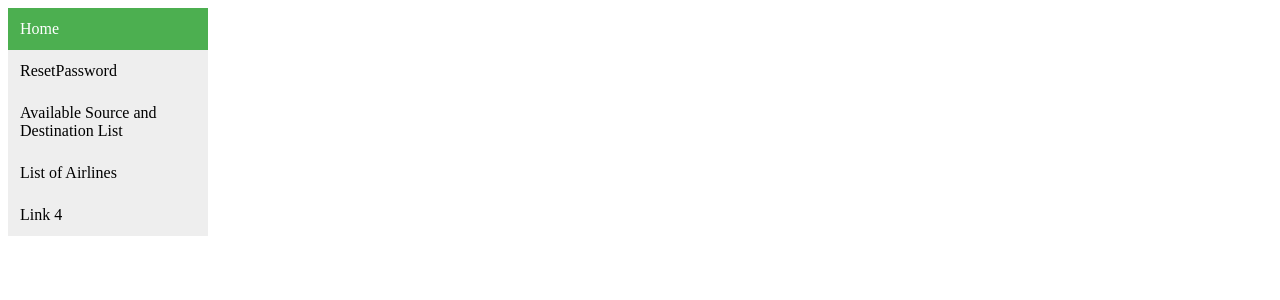
Repository: Shivani2392/FlyAwayProject
Page: http://localhost/FlightBookingPortal/WelcomeAdmin.jsp
The author's editor kept a copy of each file at every save. The page is drawn from the files as they stood at one save, then again after the next save.
The browser window is 1280 px wide. The pictures show the whole page.
The page is served by Tomcat 9.

Above is the page before, as saved 2020-11-22 07:15:58.

After the next save:
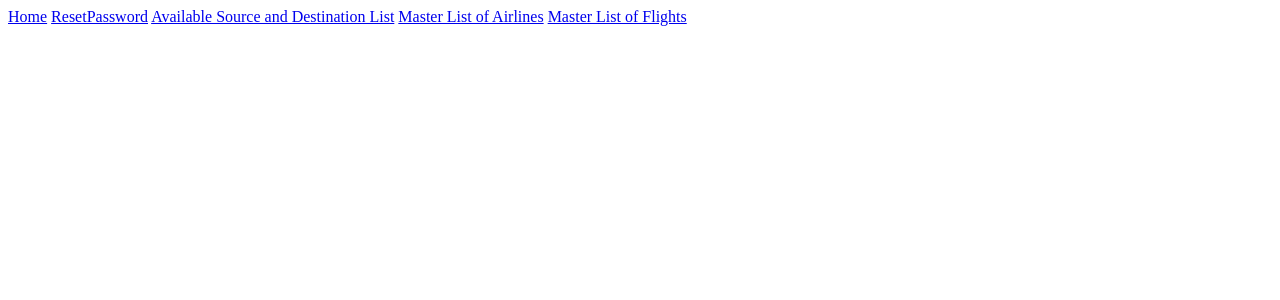
Saved 5 min 29 s later.
--- a/FlightBookingPortal/src/main/webapp/WelcomeAdmin.jsp
+++ b/FlightBookingPortal/src/main/webapp/WelcomeAdmin.jsp
@@ -9,7 +9,7 @@
   width: 200px;
 }
 
-.vertical-menu a {
+.menu a {
   background-color: #eee;
   color: black;
   display: block;
@@ -17,11 +17,11 @@
   text-decoration: none;
 }
 
-.vertical-menu a:hover {
+.menu a:hover {
   background-color: #ccc;
 }
 
-.vertical-menu a.active {
+.menu a.active {
   background-color: #4CAF50;
   color: white;
 }
@@ -30,12 +30,12 @@
 </head>
 <body>
 
-<div class="vertical-menu">
+<div class="Menu">
   <a href="#" class="active">Home</a>
-  <a href="#">ResetPassword</a>
-  <a href="#">Available Source and Destination List</a>
-  <a href="#">List of Airlines</a>
-  <a href="#">Link 4</a>
+  <a href="ResetPassword.jsp">ResetPassword</a>
+  <a href="MasterSourceDestinationlist.jsp">Available Source and Destination List</a>
+  <a href="MasterlistofAirlines.jsp">Master List of Airlines</a>
+  <a href="MasterListofFlights">Master List of Flights</a>
 </div>
 
 
